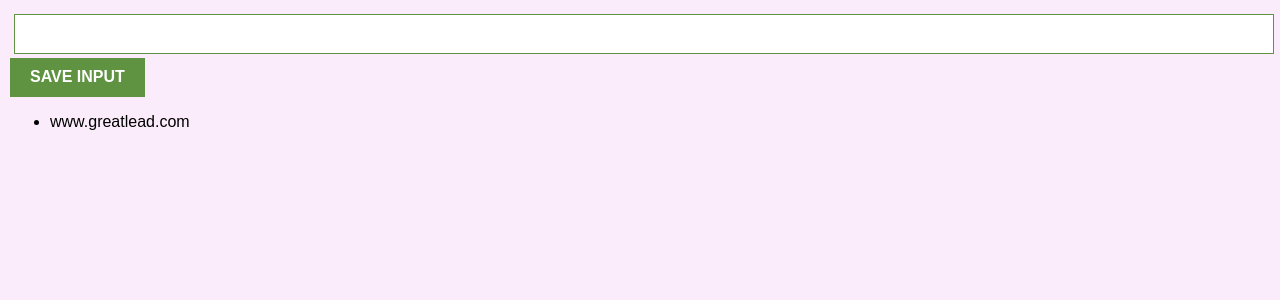
Repository: jt010051/chromeExtension
Page: index.html
An editor plug-in stored every save of this project. The page is shown before and after the next save, followed by the edit.
The browser window is 1280 px wide. The pictures show the whole page.

Above is the page before, as saved 2022-02-27 19:28:46.

After the next save:
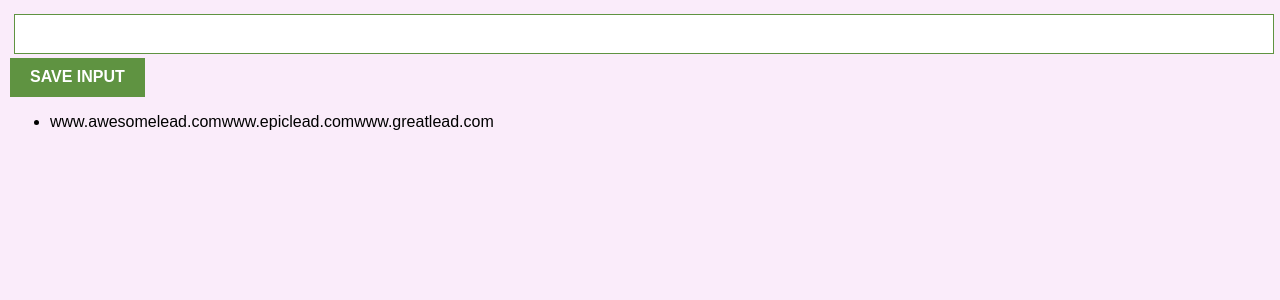
Saved 9 s later.
--- a/index.js
+++ b/index.js
@@ -13,7 +13,7 @@ console.log(myLeads)
 })
 
 for(let i = 0; i<myLeads.length; i++){
-    listItems = myLeads[i]
+    listItems += myLeads[i]
 
 
 
